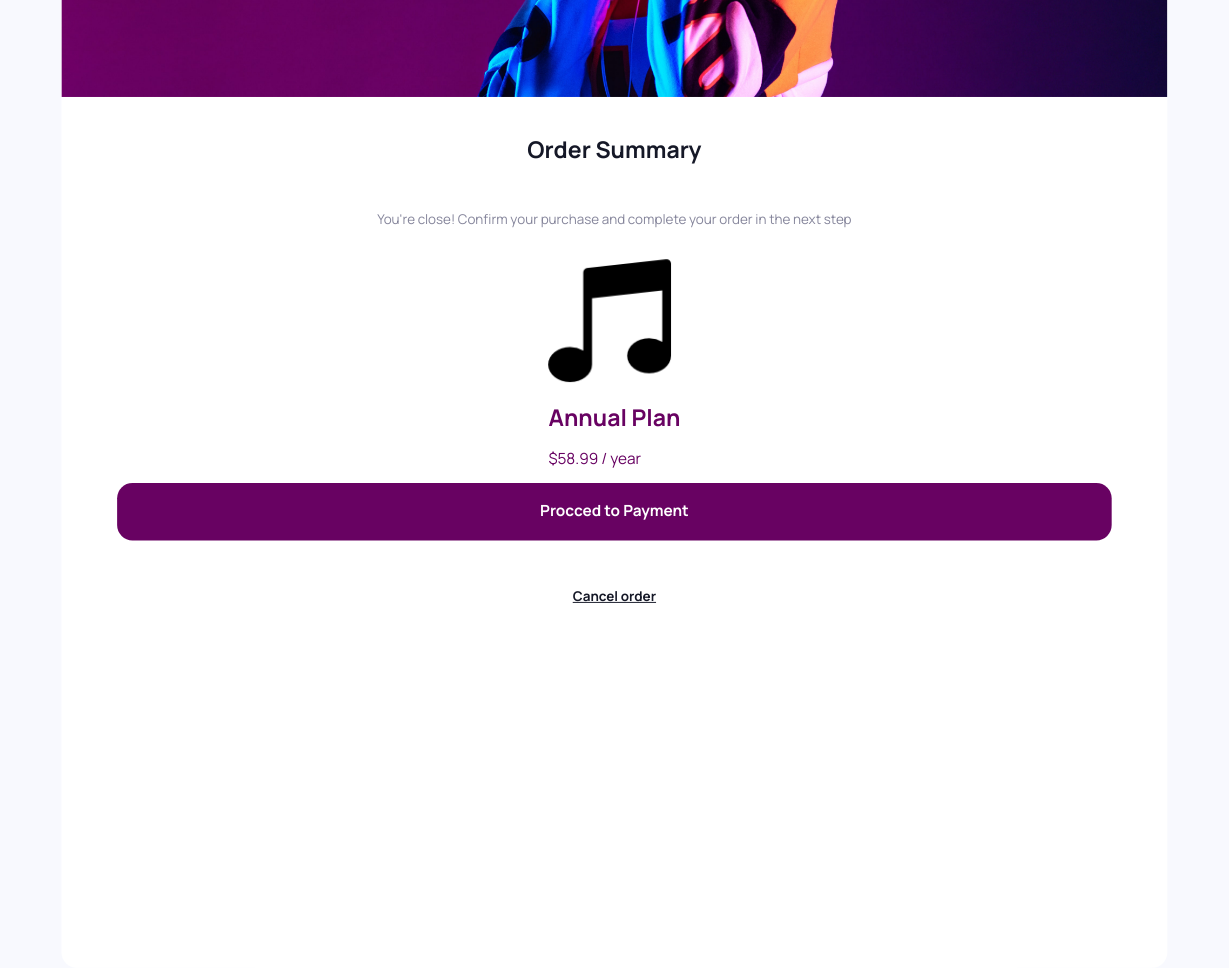
Repository: ssynowiec/INVO-Academy-solution
Page: /
The author's editor kept a copy of each file at every save. The page is drawn from the files as they stood at one save, then again after the next save.
The browser window is 1280 px wide. The pictures show the whole page, at 96% of full size.
The project was rebuilt for these pictures with package versions that can differ from the ones it lists, and the page was loaded fresh each time.

Above is the page before, as saved 2023-02-16 09:52:31.

After the next save:
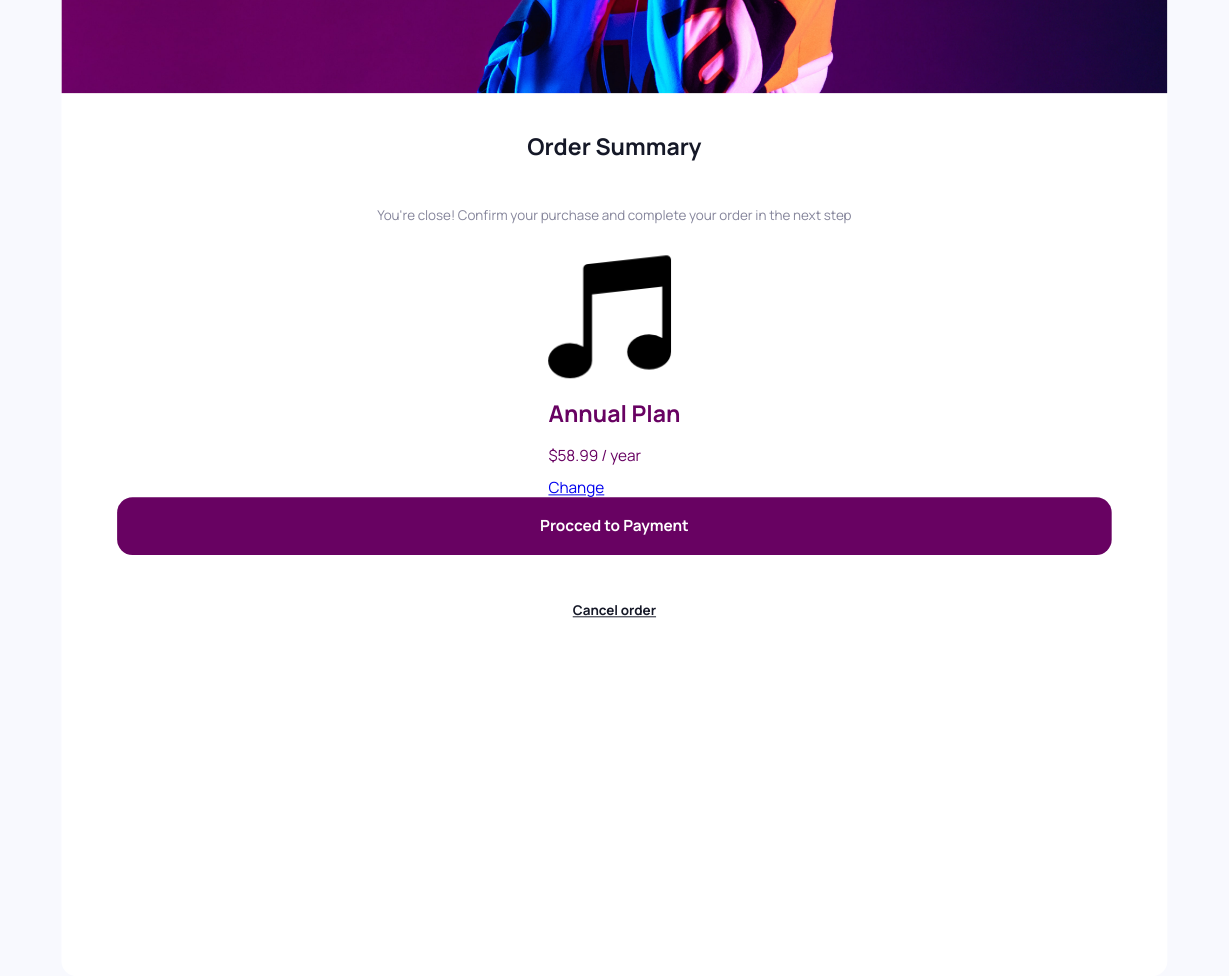
Saved 13 s later.
--- a/index.html
+++ b/index.html
@@ -22,6 +22,7 @@
           <h2>Annual Plan</h2>
           <p>$58.99 / year</p>
         </div>
+        <a href="#">Change</a>
       </div>
       <button class="order-button">Procced to Payment</button>
       <a href="#" class="order-link">Cancel order</a>
